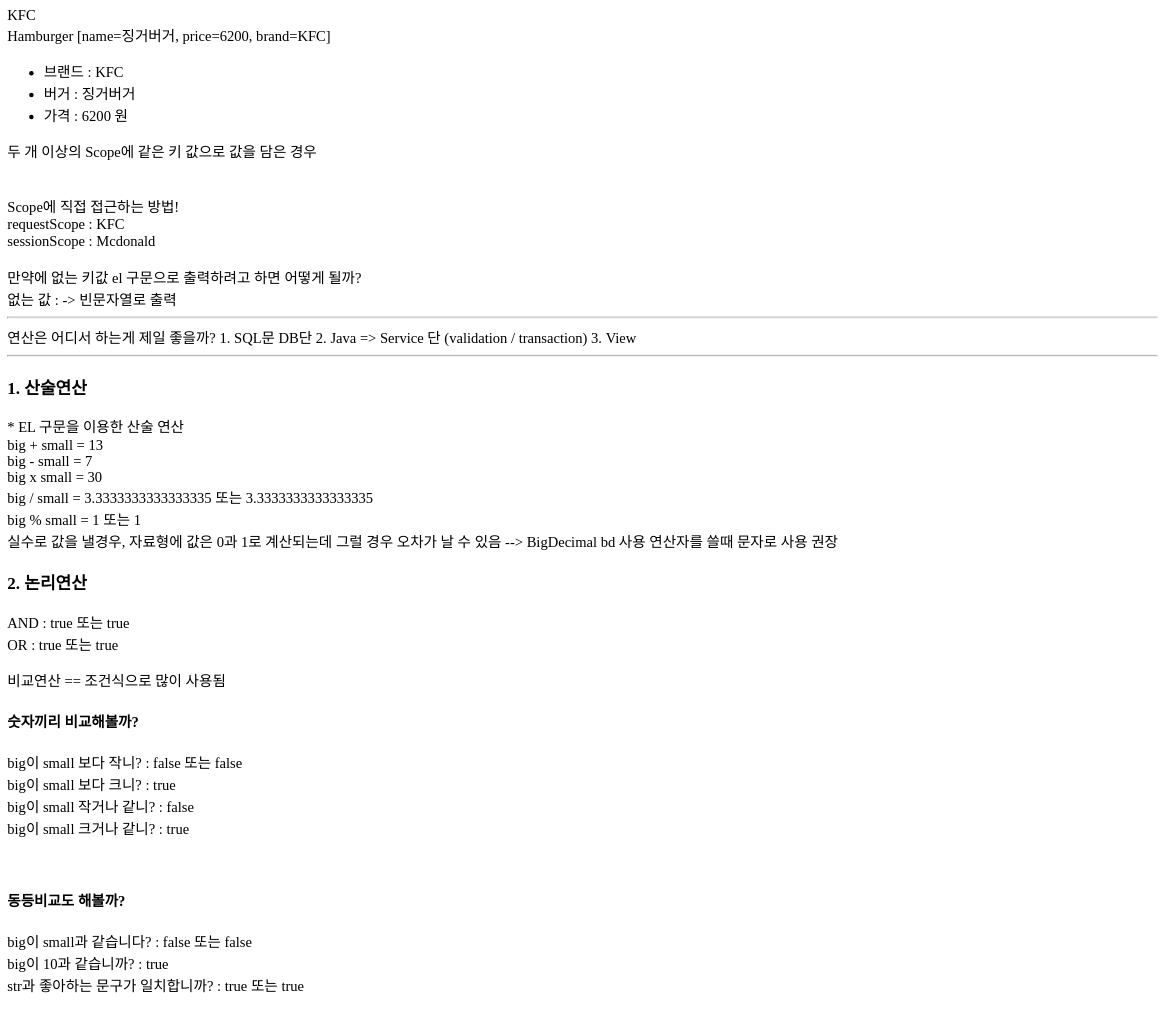
Repository: parkjin-sol/web-workplace
Page: http://localhost/McdonaldProject/sc
The author's editor kept a copy of each file at every save. The page is drawn from the files as they stood at one save, then again after the next save.
The browser window is 1280 px wide. The pictures show the whole page, at 91% of full size.
The page is served by Tomcat 9.

Above is the page before, as saved 2025-03-11 02:18:02.

After the next save:
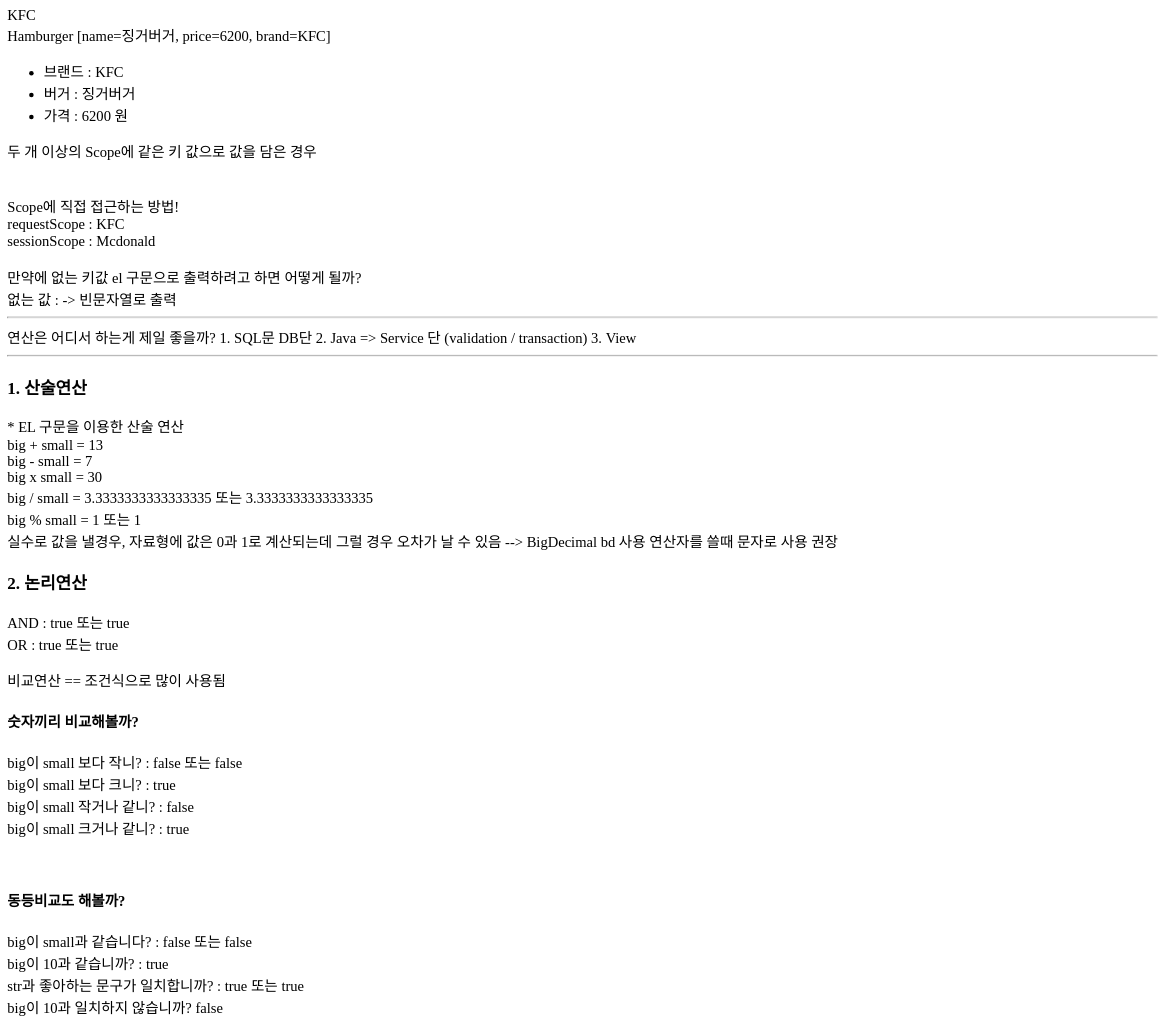
Saved 18 s later.
--- a/McdonaldProject/src/main/webapp/WEB-INF/views/print.jsp
+++ b/McdonaldProject/src/main/webapp/WEB-INF/views/print.jsp
@@ -88,6 +88,7 @@
 	 	 big이 10과 같습니까? : ${ big eq 10 } <br>
 	 	 str과 좋아하는 문구가 일치합니까? : ${ str == "좋아하는문구" }
 	 	 또는 ${ str eq '좋아하는문구' } <br>
+	 	 big이 10과 일치하지 않습니까? ${ big ne 10 }
 	 </p>
 
 
